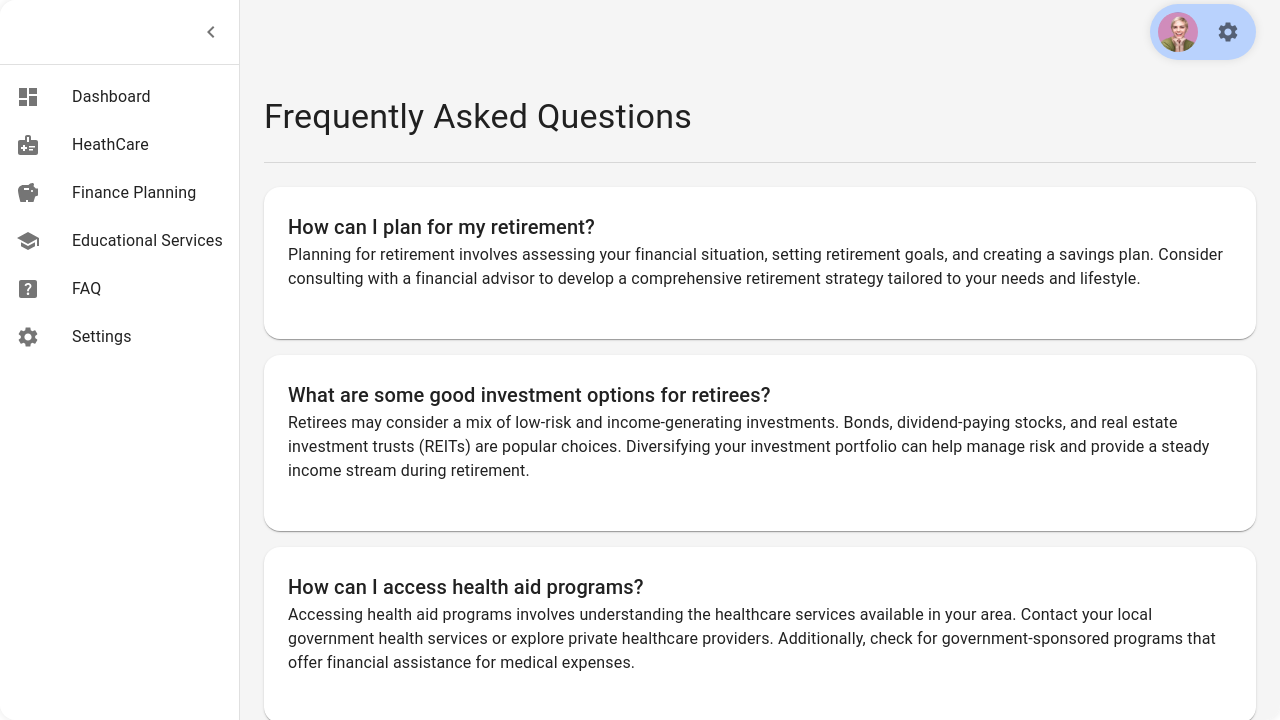
Repository: shubhampirate/TIAA_Retirement_hackathon
Page: /education
These files come from the project's save history. The page is drawn as it stood at one moment and after the next save; the edit follows.
The browser window is 1280 px wide. The pictures show the whole page.
An inner scrolling area shows only its first screen. The project was rebuilt for these pictures with package versions that can differ from the ones it lists, and the page was loaded fresh each time. Also part of the build but not shown: src/Components/CustomButton.jsx, src/Components/Navbar.jsx, src/Components/Properties.jsx, src/Components/Footer.jsx, src/Components/Hero.jsx, src/pages/Sign_In.jsx, src/Components/Settings.jsx.

Above is the page before, as saved 2023-11-15 20:38:24.

After the next save:
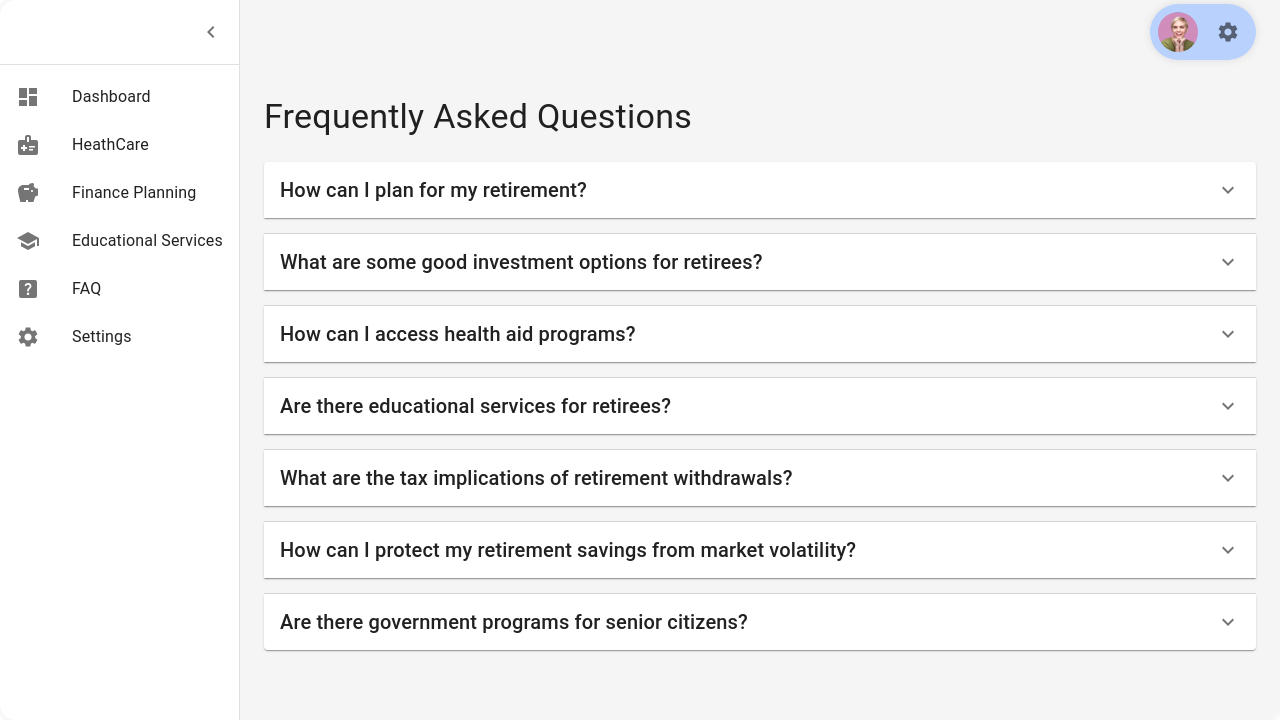
Saved 112 s later.
--- a/src/Components/Questions.jsx
+++ b/src/Components/Questions.jsx
@@ -33,7 +33,8 @@ import LinearProgress from '@mui/material/LinearProgress';
 import SearchIcon from '@mui/icons-material/Search';
 import ArrowDropDownIcon from '@mui/icons-material/ArrowDropDown';
 import InputBase from '@mui/material/InputBase';
-
+import { Accordion, AccordionSummary, AccordionDetails } from '@mui/material';
+import ExpandMoreIcon from '@mui/icons-material/ExpandMore';
 const FAQData = [
     {
       question: 'How can I plan for my retirement?',
@@ -294,11 +295,15 @@ export default function Questions() {
           {/* Start Here */}
           <Container sx={{ mt: 4 }}>
       <Typography variant="h4" sx={{ mb: 3 }}>Frequently Asked Questions</Typography>
-      <Divider sx={{ mb: 3 }} />
       {FAQData.map((faq, index) => (
-        <Paper key={index} sx={{ p: 3, borderRadius: '16px', mb: 2 }}>
-          <FAQItem {...faq} />
-        </Paper>
+        <Accordion key={index} sx={{ mb: 2 }}>
+          <AccordionSummary expandIcon={<ExpandMoreIcon />} aria-controls={`panel-${index}`} id={`panel-${index}`}>
+            <Typography variant="h6">{faq.question}</Typography>
+          </AccordionSummary>
+          <AccordionDetails>
+            <Typography>{faq.answer}</Typography>
+          </AccordionDetails>
+        </Accordion>
       ))}
     </Container>
         </Box>
